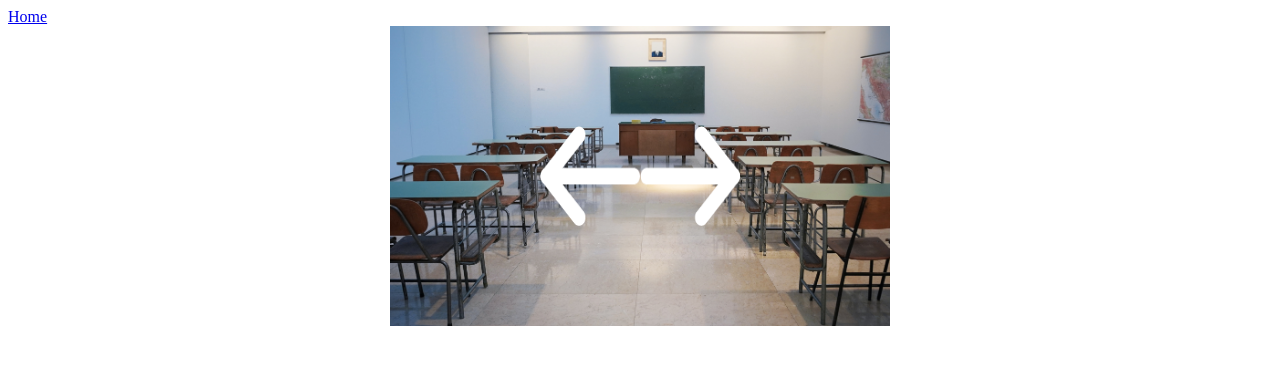
Repository: jjennbui/class8
Page: /carouselPage
An editor plug-in stored every save of this project. The page is shown before and after a run of saves, followed by the edit.
The browser window is 1280 px wide. The pictures show the whole page.
The project was rebuilt for these pictures with package versions that can differ from the ones it lists, and the page was loaded fresh each time. The framework's server and built-in components were replaced by stand-ins that run in the browser. Also part of the build but not shown: next.config.js.

Above is the page before, as saved 2023-02-20 18:26:10.

### pages/carouselPage.js
import Link from "next/link";
import Carousel from "@/components/carousel";

export default function CarouselPage(){
    return(
        <>
        <Link href="/">Home</Link>
        <Carousel/>
        </>
    )
}

### styles/globals.css
:root {

}

### components/carousel/index.js
import Image from "next/image"
import { useState } from "react"
import styles from '@/components/carousel/carousel.module.css'


export default function Carousel() {
    const [img, setImg] = useState(0);

    const changeImage = (change) => {
        if (change == "backward") {
            setImg(img - 1);

            if (img == 0) {
                setImg(5);
            }
            console.log(img);
        } else if (change == "forward") {
            setImg(img + 1);
            if (img == 5) {
                setImg(0)
            }
            console.log(img)
        }

    }

    return (
        <>
    <div className={styles.main}>
            <div style={{
                backgroundImage: "url(/carousel-images/" + img + ".jpg)",
                backgroundSize: 'cover',
                backgroundRepeat: "no-repeat",
                width: 500,
                height: 300
            }}>

                <div className={styles.btn}>

                <Image
                    src={"/icons/leftArrow.png"}
                    alt={"/icons/leftArrow.png"}
                    width={100}
                    height={100}
                    onClick={() => changeImage("backward")}
                />

                <Image
                    src={"/icons/rightArrow.png"}
                    alt={"/icons/rightArrow.png"}
                    width={100}
                    height={100}
                    onClick={() => changeImage("forward")}
                />
                </div>

            </div>
            </div>
        </>
    )
}

### components/carousel/carousel.module.css
.btn{
    display: flex;
    justify-content: center;
    position: relative;
    top: 100px;

}

.main{
    display: flex;
    justify-content: center;
}

Loaded but not shown: pages/_app.js (common file); pages/_document.js (common file)

After the next 3 saves:
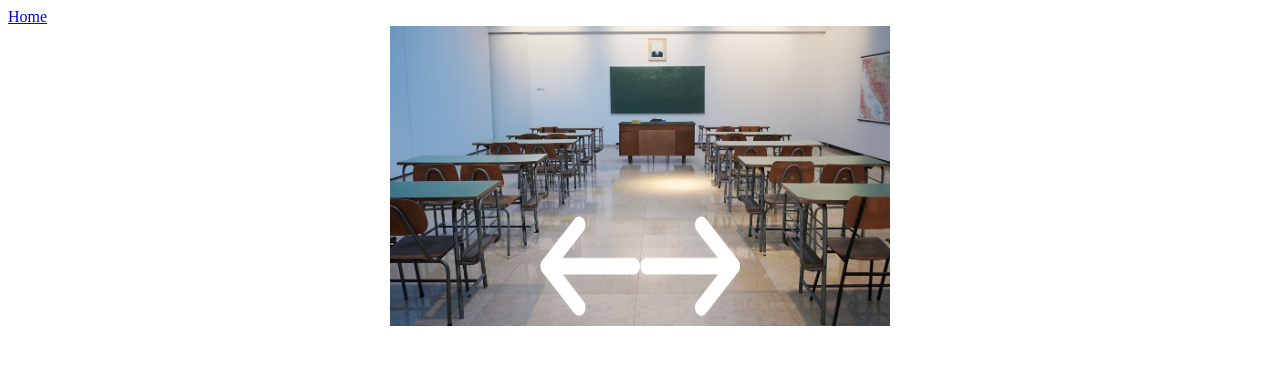
The 3 saves are shown as one change because they came seconds apart.
The last was saved 10 s later.
--- a/components/carousel/carousel.module.css
+++ b/components/carousel/carousel.module.css
@@ -2,7 +2,7 @@
     display: flex;
     justify-content: center;
     position: relative;
-    top: 100px;
+    top: 190px;
 
 }
 
